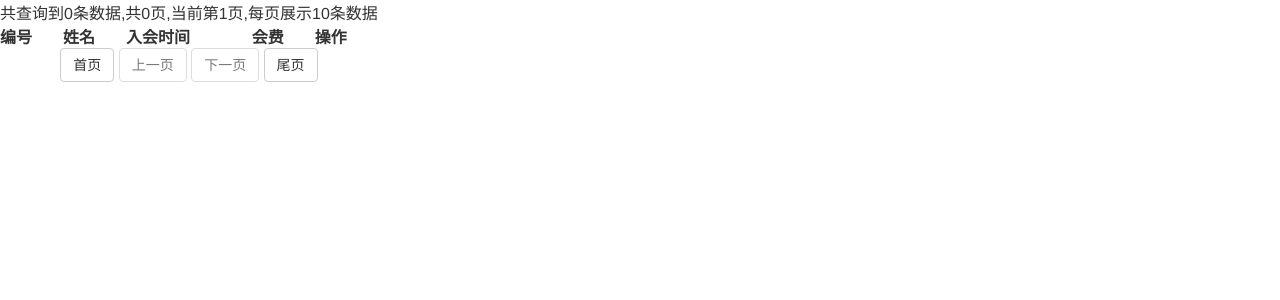
Repository: HelloChuang/HelloChuang-EclipseWorkSpace
Page: http://localhost/RetestServlet2/FindUserByPageList?pageIndex=1
An editor plug-in stored every save of this project. The page is shown before and after the next save, followed by the edit.
The browser window is 1280 px wide. The pictures show the whole page.
The page is served by Tomcat 9. Other server files are loaded and not shown. Queries for data that is not in the repository find no rows.

Above is the page before, as saved 2018-10-31 03:46:05.

### EclipseWorkSpace/RetestServlet2/WebContent/showList.jsp
<%@ taglib uri="http://java.sun.com/jsp/jstl/core" prefix="c" %>
<%@ taglib uri="http://java.sun.com/jsp/jstl/fmt" prefix="fmt"%>
<%@ page language="java" contentType="text/html; charset=UTF-8"
    pageEncoding="UTF-8"%>
<!DOCTYPE>
<html>
<head>
<meta http-equiv="Content-Type" content="text/html; charset=UTF-8">
<link rel="stylesheet" type="text/css" href="${pageContext.request.contextPath}/css/bootstrap.min.css">
<script type="text/javascript"  href="${pageContext.request.contextPath}/js/jquery-1.9.1.js"></script>
<script type="text/javascript"  href="${pageContext.request.contextPath}/js/bootstrap.min.js"></script>

<script>
	function toUpdate(id){
		window.location.href="FindUserByID?id="+id;
	}
	function toDelete(id){
		var con = window.confirm("你要删除id为"+id+"的会员吗?");
		if(con){
			window.location.href="DeleteUserAction?id="+id;
		}
	}

</script>
<title>会员列表</title>
</head>
<body>
	<table>
		<tr><td colspan="5" align="center">共查询到${totalCount}条数据,共${totalPage}页,当前第${pageIndex}页,每页展示${pageSize}条数据</td></tr>
		<tr><th>编号</th><th>姓名</th><th>入会时间</th><th>会费</th><th>操作</th></tr>
		<c:forEach var="user" items="${list}">
		<tr>
		<td>${user.uid}</td>
		<td>${user.uname}</td>
		<td><fmt:formatDate value="${user.udate}" pattern="yyyy-MM-dd"></fmt:formatDate></td>
		<td><fmt:formatNumber type="currency">${user.umoney}</fmt:formatNumber></td>
		<td>
		<button class="btn btn-success" onclick="toUpdate(${user.uid});">更新</button>
		<button class="btn btn-danger" onclick="toDelete(${user.uid});">删除</button>
		</td>
		</tr>
		</c:forEach>
		<tr><td colspan="5" align="center">
		<a class="btn btn-default" role="button" href="FindUserByPageList?pageIndex=1">首页</a>
		<c:choose>
			<c:when test="${pageIndex==1}">
			<a class="btn btn-default" disabled="disabled" role="button" href="FindUserByPageList?pageIndex=${pageIndex-1}">上一页</a>
			</c:when>
			<c:otherwise>
			<a class="btn btn-default"  role="button" href="FindUserByPageList?pageIndex=${pageIndex-1}">上一页</a>
			</c:otherwise>
		</c:choose>
		<c:choose>
			<c:when test="${pageIndex<totalPage}">
			<a class="btn btn-default" role="button" href="FindUserByPageList?pageIndex=${pageIndex+1}">下一页</a>
			</c:when>
			<c:otherwise>
			<a class="btn btn-default"disabled="disabled" role="button" href="FindUserByPageList?pageIndex=${pageIndex+1}">下一页</a>
			</c:otherwise>
		</c:choose>


		<a class="btn btn-default" role="button" href="FindUserByPageList?pageIndex=${totalPage}">尾页</a>
         </td></tr>

	</table>
</body>
</html>

### EclipseWorkSpace/RetestServlet2/src/com/gao/web/FindUserByPageList.java
package com.gao.web;

import java.io.IOException;
import java.util.List;

import javax.servlet.ServletException;
import javax.servlet.annotation.WebServlet;
import javax.servlet.http.HttpServlet;
import javax.servlet.http.HttpServletRequest;
import javax.servlet.http.HttpServletResponse;

import com.gao.entity.UserInfo;
import com.gao.service.impl.UserServiceImpl;

/**
 * Servlet implementation class FindUserByPageList
 */
@WebServlet("/FindUserByPageList")
public class FindUserByPageList extends HttpServlet {

	protected void doGet(HttpServletRequest request, HttpServletResponse response) throws ServletException, IOException {
		this.doPost(request, response);
	}

	/**
	 * @see HttpServlet#doPost(HttpServletRequest request, HttpServletResponse response)
	 */
	protected void doPost(HttpServletRequest request, HttpServletResponse response) throws ServletException, IOException {
		UserServiceImpl service = new UserServiceImpl();
		int pageIndex = Integer.parseInt(request.getParameter("pageIndex"));
		try {
			int totalCount = service.findUserCount();
			int pageSize = 10;
			int totalPage = totalCount%pageSize==0?totalCount/pageSize:totalCount/pageSize+1;
			List<UserInfo> list = service.findUserByPageList(pageIndex, pageSize);
			request.setAttribute("list", list);
			request.setAttribute("pageIndex", pageIndex);
			request.setAttribute("totalCount", totalCount);
			request.setAttribute("pageSize", pageSize);
			request.setAttribute("totalPage", totalPage);
			request.getRequestDispatcher("showList.jsp").forward(request, response);
		} catch (Exception e) {
			e.printStackTrace();
		}
	}

}

### EclipseWorkSpace/RetestServlet2/src/com/gao/service/impl/UserService.java
package com.gao.service.impl;

import java.util.List;

import com.gao.entity.UserInfo;

public interface UserService {
	public int insert(UserInfo user) throws Exception;
	public int update(UserInfo user) throws Exception;
	public int delete(UserInfo user) throws Exception;
	public int findUserCount() throws Exception;
	public List<UserInfo> findUserByPageList(Integer pageIndex,Integer pageSize)  throws Exception;
	public UserInfo findUserByID(Integer id) throws Exception;
}

### EclipseWorkSpace/RetestServlet2/src/com/gao/service/impl/UserServiceImpl.java
package com.gao.service.impl;

import java.util.List;

import com.gao.dao.impl.UserInfoDAOImpl;
import com.gao.entity.UserInfo;

public class UserServiceImpl implements UserService {
	private UserInfoDAOImpl uidi= new UserInfoDAOImpl();
	@Override
	public int insert(UserInfo user) throws Exception {
		return uidi.insert(user);
	}

	@Override
	public int update(UserInfo user) throws Exception {
		return uidi.update(user);
	}

	@Override
	public int delete(UserInfo user) throws Exception {
		return uidi.delete(user);
	}

	@Override
	public int findUserCount() throws Exception {
		return uidi.findUserCount();
	}

	@Override
	public List<UserInfo> findUserByPageList(Integer pageIndex, Integer pageSize) throws Exception {
		List<UserInfo> list = null;
		if(pageIndex!=null&&pageSize!=null){
			if(pageIndex>0&&pageSize>0){
				list = uidi.findUserByPageList((pageIndex-1)*pageSize, pageSize);
			}
		}
		return list;
	}

	@Override
	public UserInfo findUserByID(Integer id) throws Exception {
		return uidi.findUserByID(id);
	}

}

### EclipseWorkSpace/RetestServlet2/src/com/gao/dao/impl/UserInfoDAO.java
package com.gao.dao.impl;

import java.util.List;

import com.gao.entity.UserInfo;

public interface UserInfoDAO {
	public int insert(UserInfo user) throws Exception;
	public int update(UserInfo user) throws Exception;
	public int delete(UserInfo user) throws Exception;
	public int findUserCount() throws Exception;
	public List<UserInfo> findUserByPageList(Integer start,Integer size)  throws Exception;
	public UserInfo findUserByID(Integer id) throws Exception;
}

### EclipseWorkSpace/RetestServlet2/src/com/gao/dao/impl/UserInfoDAOImpl.java
package com.gao.dao.impl;

import java.sql.Connection;
import java.util.List;

import org.apache.commons.dbutils.QueryRunner;
import org.apache.commons.dbutils.handlers.BeanHandler;
import org.apache.commons.dbutils.handlers.BeanListHandler;
import org.apache.commons.dbutils.handlers.ScalarHandler;

import com.gao.entity.UserInfo;
import com.gao.utils.JdbcUtil;

public class UserInfoDAOImpl implements UserInfoDAO {

	@Override
	public int insert(UserInfo user) throws Exception {
		Connection conn = JdbcUtil.getConn();
		String sql = "insert into user_info(`uname`,`udate`,`umoney`)values(?,?,?)";
		Object[] params = {user.getUname(),user.getUdate(),user.getUmoney()};
		QueryRunner qr = new QueryRunner();
		int count = qr.update(conn,sql,params);
		JdbcUtil.closeConn(conn);
		return count;
	}

	@Override
	public int update(UserInfo user) throws Exception {
		Connection conn = JdbcUtil.getConn();
		String sql = "update user_info set `uname`=?,`udate`=?,`umoney`=? where `uid`=?";
		Object[] params = {user.getUname(),user.getUdate(),user.getUmoney(),user.getUid()};
		QueryRunner qr = new QueryRunner();
		int count = qr.update(conn,sql,params);
		JdbcUtil.closeConn(conn);
		return count;
	}

	@Override
	public int delete(UserInfo user) throws Exception {
		Connection conn = JdbcUtil.getConn();
		String sql = "delete from user_info where `uid`=?";
		Object[] params = {user.getUid()};
		QueryRunner qr = new QueryRunner();
		int count = qr.update(conn,sql,params);
		JdbcUtil.closeConn(conn);
		return count;
	}

	@Override
	public int findUserCount() throws Exception {
		Connection conn = JdbcUtil.getConn();
		String sql = "select count(*) from user_info";
		QueryRunner qr = new QueryRunner();
		Number number = qr.query(conn, sql,new ScalarHandler<Number>(1));
		int value = number.intValue();
		JdbcUtil.closeConn(conn);
		return value;
	}

	@Override
	public List<UserInfo> findUserByPageList(Integer start, Integer size) throws Exception {
		Connection conn = JdbcUtil.getConn();
		String sql = "select * from user_info limit ?,?";
		QueryRunner qr = new QueryRunner();
		Object[] params = {start,size};
		List<UserInfo> list = qr.query(conn, sql,new BeanListHandler<UserInfo>(UserInfo.class),params);
		JdbcUtil.closeConn(conn);
		return list;
	}

	@Override
	public UserInfo findUserByID(Integer id) throws Exception {
		Connection conn = JdbcUtil.getConn();
		String sql = "select * from user_info where `uid`=?";
		QueryRunner qr = new QueryRunner();
		UserInfo user = qr.query(conn, sql,new BeanHandler<UserInfo>(UserInfo.class),id);
		JdbcUtil.closeConn(conn);
		return user;
	}

}

### EclipseWorkSpace/RetestServlet2/src/com/gao/utils/JdbcUtil.java
package com.gao.utils;

import java.beans.PropertyVetoException;
import java.sql.Connection;
import java.sql.SQLException;

import com.mchange.v2.c3p0.ComboPooledDataSource;

public class JdbcUtil {
	private static final String CONN_DRIVE = "com.mysql.jdbc.Driver";
	private static final String CONN_URL = "jdbc:mysql://127.0.0.1:3306/userdb3?characterEncoding=UTF-8";
	private static final String CONN_USER = "root";
	private static final String CONN_PSWD = "root";

	private static ComboPooledDataSource dateSource;

	static{
		dateSource = new ComboPooledDataSource();
		try {
			dateSource.setDriverClass(CONN_DRIVE);
			dateSource.setJdbcUrl(CONN_URL);
			dateSource.setUser(CONN_USER);
			dateSource.setPassword(CONN_PSWD);
		} catch (PropertyVetoException e) {
			e.printStackTrace();
		}
	}
	public static Connection getConn(){
		Connection conn = null;
		try {
			conn = dateSource.getConnection();
		} catch (SQLException e) {
			e.printStackTrace();
		}
		return conn;
	}
	public static void closeConn(Connection conn){
		if(null!=conn){
			try {
				conn.close();
			} catch (SQLException e) {
				e.printStackTrace();
			}
		}
	}

}

### EclipseWorkSpace/RetestServlet2/src/com/gao/entity/UserInfo.java
package com.gao.entity;

import java.util.Date;

public class UserInfo {
	private Integer uid;
	private String uname;
	private Date udate;
	private double umoney;
	/**
	 * @return the uid
	 */
	public Integer getUid() {
		return uid;
	}
	/**
	 * @param uid the uid to set
	 */
	public void setUid(Integer uid) {
		this.uid = uid;
	}
	/**
	 * @return the uname
	 */
	public String getUname() {
		return uname;
	}
	/**
	 * @param uname the uname to set
	 */
	public void setUname(String uname) {
		this.uname = uname;
	}
	/**
	 * @return the udate
	 */
	public Date getUdate() {
		return udate;
	}
	/**
	 * @param udate the udate to set
	 */
	public void setUdate(Date udate) {
		this.udate = udate;
	}
	/**
	 * @return the umoney
	 */
	public double getUmoney() {
		return umoney;
	}
	/**
	 * @param umoney the umoney to set
	 */
	public void setUmoney(double umoney) {
		this.umoney = umoney;
	}
	/**
	 * Title: toString
	 * Description:
	 * @return
	 * @see java.lang.Object#toString()
	 */
	@Override
	public String toString() {
		return "UserInfo [uid=" + uid + ", uname=" + uname + ", udate=" + udate + ", umoney=" + umoney + "]";
	}

}

Loaded but not shown: EclipseWorkSpace/RetestServlet2/WebContent/css/bootstrap.min.css (library)

After the next save:
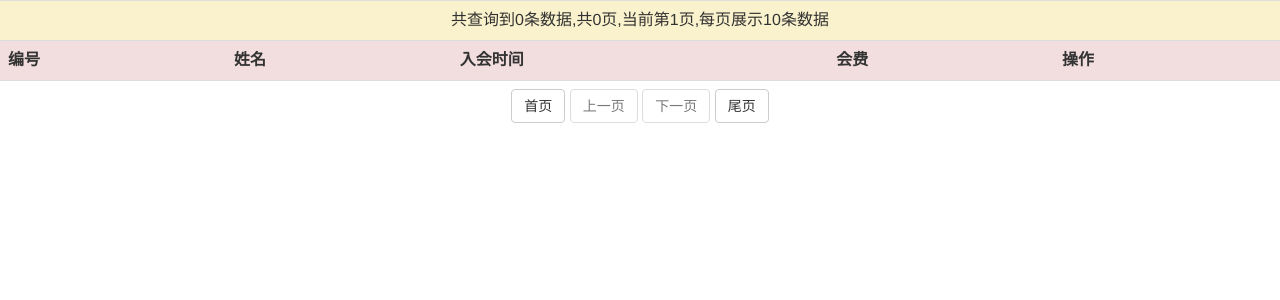
Saved 107 s later.
--- a/EclipseWorkSpace/RetestServlet2/WebContent/showList.jsp
+++ b/EclipseWorkSpace/RetestServlet2/WebContent/showList.jsp
@@ -25,11 +25,11 @@
 <title>会员列表</title>
 </head>
 <body>
-	<table>
-		<tr><td colspan="5" align="center">共查询到${totalCount}条数据,共${totalPage}页,当前第${pageIndex}页,每页展示${pageSize}条数据</td></tr>
-		<tr><th>编号</th><th>姓名</th><th>入会时间</th><th>会费</th><th>操作</th></tr>
+	<table class="table table-hover">
+		<tr class="warning"><td colspan="5" align="center">共查询到${totalCount}条数据,共${totalPage}页,当前第${pageIndex}页,每页展示${pageSize}条数据</td></tr>
+		<tr class="danger"><th>编号</th><th>姓名</th><th>入会时间</th><th>会费</th><th>操作</th></tr>
 		<c:forEach var="user" items="${list}">
-		<tr>
+		<tr class="success">
 		<td>${user.uid}</td>
 		<td>${user.uname}</td>
 		<td><fmt:formatDate value="${user.udate}" pattern="yyyy-MM-dd"></fmt:formatDate></td>
